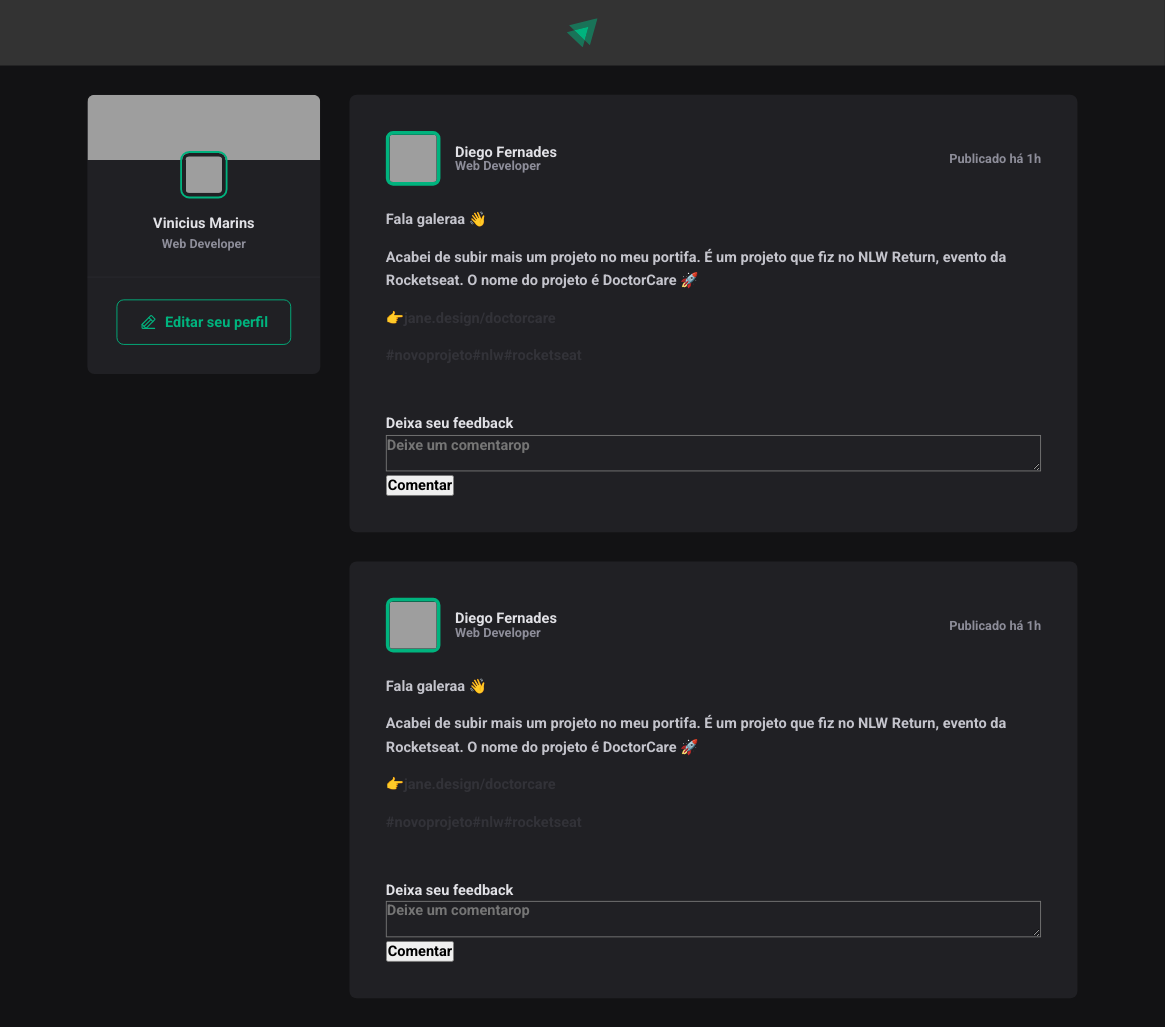
Repository: viniimartins/reactFundamentosRocketseat
Page: /
The author's editor kept a copy of each file at every save. The page is drawn from the files as they stood at one save, then again after the next save.
The browser window is 1280 px wide. The pictures show the whole page, at 91% of full size.
Pictures or frames that could not be fetched are drawn as grey boxes. The project was rebuilt for these pictures with package versions that can differ from the ones it lists, and the page was loaded fresh each time. Also part of the build but not shown: vite.config.js.

Above is the page before, as saved 2023-04-29 23:11:17.

### index.html
<!DOCTYPE html>
<html lang="en">
  <head>
    <meta charset="UTF-8" />

    <link rel="preconnect" href="https://fonts.googleapis.com">
    <link rel="preconnect" href="https://fonts.gstatic.com" crossorigin>

    <link rel="icon" type="image/svg+xml" href="/vite.svg" />
    <meta name="viewport" content="width=device-width, initial-scale=1.0" />


    <link href="https://fonts.googleapis.com/css2?family=Montserrat&family=Roboto:wght@700&display=swap" rel="stylesheet">


    <title>Vite + React</title>
  </head>
  <body>
    <div id="root"></div>
    <script type="module" src="/src/main.jsx"></script>
  </body>
</html>

### src/App.jsx
import { Header } from './Components/Header'
import { Post } from './Components/Post'

import './global.css'


import styles from './App.module.css'
import { Sidebar } from './Components/Sidebar'

function App() {
  return (
    <>
      <div>
        <Header />


        <div className={styles.wrapper}>
          <Sidebar />
          <main>
            <Post
              author="Gabriel"
              content="Lorem ipsum dolor sit amet consectetur adipisicing elit. Asperiores aut, accusamus quasi hic earum blanditiis adipisci reiciendis enim eaque facilis doloribus, iusto incidunt! Aliquid ut debitis temporibus eius placeat autem!"
            />
            <Post
              author="Gabriel"
              content="Lorem ipsum dolor sit amet consectetur adipisicing elit. Asperiores aut, accusamus quasi hic earum blanditiis adipisci reiciendis enim eaque facilis doloribus, iusto incidunt! Aliquid ut debitis temporibus eius placeat autem!"
            />
          </main>
        </div>
      </div>

    </>
  )

}

export default App

### src/Components/Header.jsx
import styles from './Header.module.css';
import igniteLogo from '../assets/ignite-logo.svg'

export function Header() {
    return (
        <header className={styles.header}>
            <img src={igniteLogo}></img>
        </header>
    );
}

### src/Components/Post.jsx
import styles from './Post.module.css'

export function Post() {
    return (
        <article className={styles.post}>
            <header>
                <div className={styles.author}>
                    <img className={styles.avatar} src="https://avatars.githubusercontent.com/u/84347013?v=4" />
                    <div className={styles.authorInfo}>
                        <strong>Diego Fernades</strong>
                        <span>Web Developer</span>
                    </div>
                </div>
                <time title="11 de Maio ás 08:13" dateTime="2022-05-11 08:13:30">Publicado há 1h</time>
            </header>


            <div className={styles.content}>
                <p> Fala galeraa 👋</p>
                <p>Acabei de subir mais um projeto no meu portifa. É um projeto que fiz no NLW Return, evento da Rocketseat. O nome do projeto é DoctorCare 🚀</p>
                <p>👉<a href="">jane.design/doctorcare</a></p>
                <p>
                    <a href="">#novoprojeto</a>{''}
                    <a href="">#nlw</a>{''}
                    <a href="">#rocketseat</a>
                </p>
            </div>

            <form className={styles.commentForm}>
                <strong>Deixa seu feedback</strong>

                <textarea
                    placeholder='Deixe um comentarop'
                />

                <button type="submit">Comentar</button>
            </form>
        </article>
    )
}

### src/global.css
:root {
  --white: #fff;

  --gray-100: #e1e1e6;
  --gray-300: #c4c4cc;
  --gray-400: #8d8d99;
  --gray-500: #323238;
  --gray-700: #29292e;
  --gray-800: #202024;
  --gray-900: #121214;

  --green-500: #00b37e;
  --green-300: #00875f;
}

* {
  margin: 0;
  padding: 0;
  box-sizing: border-box;
}

body {
  background: var(--gray-900);
  color: var(--gray-300);
  -webkit-font-smoothing: antialiased;
}

body,
input,
textarea,
button {
  font-family: "Roboto", sans-serif;
  font-weight: 400;
  font-size: 1rem;
}

### src/Components/Sidebar.jsx
import { PencilLine } from "phosphor-react";

import styles from './Sidebar.module.css'

export function Sidebar() {
    return (
        <aside className={styles.sidebar}>
            <img
                className={styles.cover}
                src="https://images.unsplash.com/photo-1587620962725-abab7fe55159?ixlib=rb-4.0.3&ixid=MnwxMjA3fDB8MHxwaG90by1wYWdlfHx8fGVufDB8fHx8&auto=format&fit=crop&w=500&q=50"
            />
            <div className={styles.profile}>
                <img
                    className={styles.avatar}
                    src="https://avatars.githubusercontent.com/u/84347013?v=4"
                />
                <strong>Vinicius Marins</strong>
                <span>Web Developer</span>
            </div>

            <footer>
                <a href="#">
                    <PencilLine size={20} />
                    Editar seu perfil</a>
            </footer>
        </aside>
    )
}

### src/Components/Header.module.css
.header {
    background: #333;
    display: flex;
    justify-content: center;
    padding: 1.25rem 0
}

.header img {
    height: 2rem;
}

### src/Components/Post.module.css
.post {
  background: var(--gray-800);
  border-radius: 8px;
  padding: 2.5rem;
}

.post + .post {
  margin-top: 2rem;
}

.content {
  line-height: 1.6;
  color: var(--gray-300);
  margin-top: 1.5rem;
}

.content p {
  margin-top: 1rem;
}

.content a {
  font-weight: bold;
  color: var(--gray-500);
  text-decoration: none;
}

.content a:hover {
  color: var(--gray-300);
}

.post > header {
  display: flex;
  align-items: center;
  justify-content: space-between;
}

.post > header time {
  font-size: 0.875rem;
  color: var(--gray-400);
}

.author {
  display: flex;
  align-items: center;
  gap: 1rem;
}

.author img {
  width: calc(3rem + 12px);
  height: calc(3rem + 12px);
  border-radius: 8px;
  border: 4px solid var(--gray-800);
  border: 4px solid var(--green-500);
}

.authorInfo strong {
  display: block;
  color: var(--gray-100);
  line-height: 1;
}

.authorInfo span {
  display: block;
  font-size: 0.875rem;
  color: var(--gray-400);
  line-height: 1;
}

.commentForm {
  width: 100%;
  margin-top: 1.5rem;
  padding-top: 1.5rem;
  border-top: 1px solid var(--gray-600);
}


.commentForm > strong {
  line-height: 1.6;
  color: var(--gray-100);
}

.commentForm textarea {
  width: 100%;
  background-color: var(--gray-900)
  border
}

### src/Components/Sidebar.module.css
.sidebar {
  background: var(--gray-800);
  border-radius: 8px;
  overflow: hidden;
}

.cover {
  width: 100%;
  height: 72px;
  object-fit: cover;
}

.profile {
  display: flex;
  flex-direction: column;
  align-items: center;

  margin-top: calc(0px - 1.5rem - 6px);
}

.profile strong {
  margin-top: 1rem;
  color: var(--gray-100);
  line-height: 1.6;
}

.profile span {
  font-size: 0.857rem;
  color: var(--gray-400);
  line-height: 1.6;
}

.avatar {
  width: 3rem;
  height: 3rem;
  border-radius: 8px;
  border: 4px solid var(--gray-800);
  outline: 2px solid var(--green-500);

  margin-top: calc(1.5rem - 6px);
}

.sidebar footer {
  border-top: 1px solid var(--gray-700);
  margin-top: 1.5rem;
  padding: 1.5rem 2rem 2rem;
}

.sidebar footer a {
  background: transparent;
  color: var(--green-500);
  border: 1px solid var(--green-500);
  border-radius: 8px;
  height: 50px;
  padding: 0 1.5rem;
  font-weight: bold;
  display: block;
  text-decoration: none;

  display: flex;
  align-items: center;
  justify-content: center;

  gap: 0.5rem;

  transition: color 0.1s, background-color 0.1s;
}

.sidebar footer a:hover {
  background: var(--green-500);
  color: var(--white);
}

Loaded but not shown: src/main.jsx (common file); src/App.module.css (common file)

After the next save:
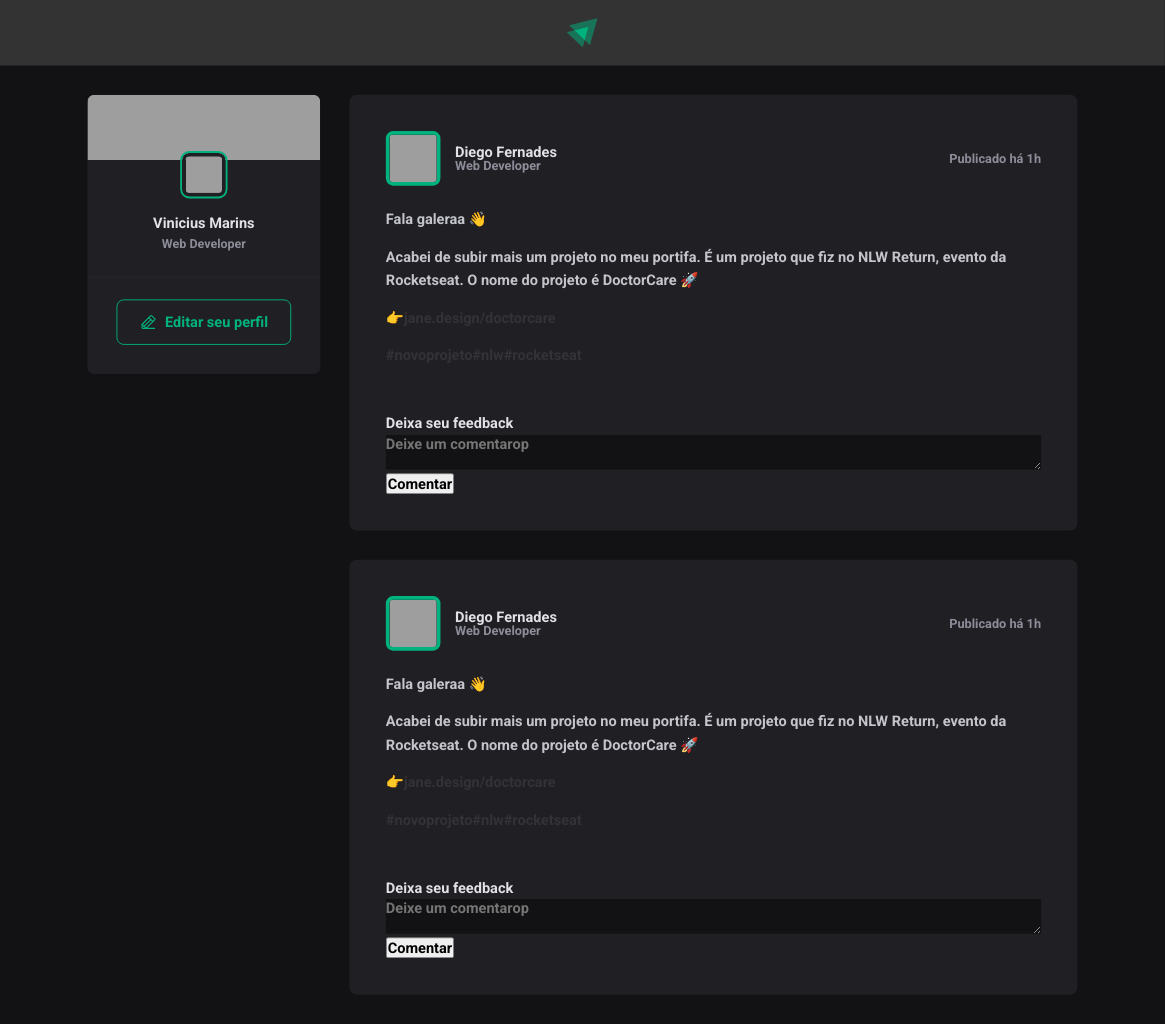
Saved 8 s later.
--- a/src/Components/Post.module.css
+++ b/src/Components/Post.module.css
@@ -81,6 +81,6 @@
 
 .commentForm textarea {
   width: 100%;
-  background-color: var(--gray-900)
-  border
+  background-color: var(--gray-900);
+  border: 0px;
 }
